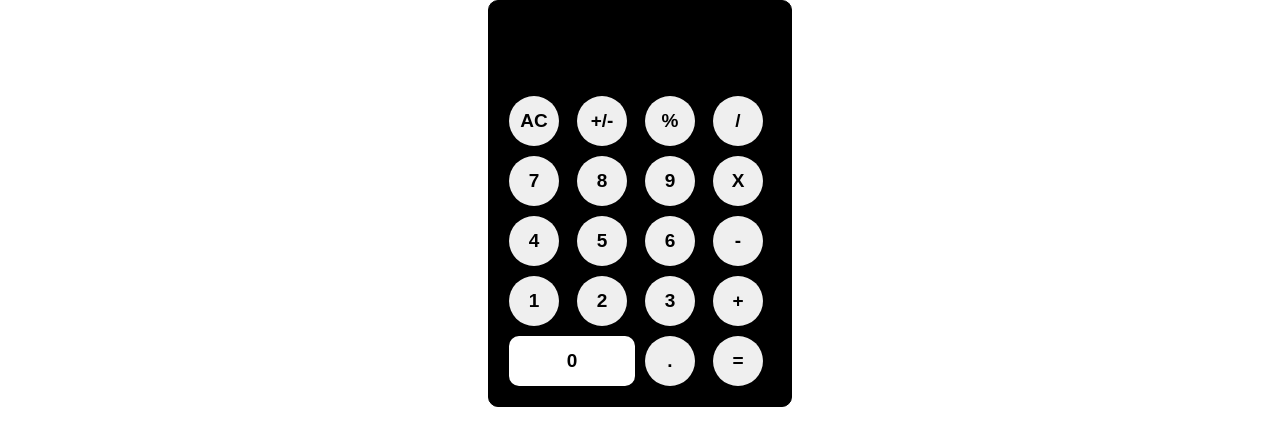
Repository: dmpelaez/calculator
Page: Calculator.html
The author's editor kept a copy of each file at every save. The page is drawn from the files as they stood at one save, then again after the next save.
The browser window is 1280 px wide. The pictures show the whole page.

Above is the page before, as saved 2025-12-15 21:52:11.

### Calculator.html
<!DOCTYPE html>

  <html>
    <head>

      <title>Calculator</title>

      <!--CSS-->
      <link rel="stylesheet" href="Calculator.css">

    </head>
    <body>
      <!--Container-->
      <main class="container">

        <!--Sections-->
        <section class="Section">

          <!--Input section-->
          <input class="inputSection" type="text" disabled>

          <!--Btns section-->
          <div class="btnSection">
            <button class="btn cancel">AC</button>
            <button class="btn signs">+/-</button>
            <button class="btn rmnder">%</button>
            <button class="btn divide" onclick="appendOperation(' / ')">/</button>
            <button class="btn seven" onclick="appendNumber('7')">7</button>
            <button class="btn eight" onclick="appendNumber('8')">8</button>
            <button class="btn nine" onclick="appendNumber('9')">9</button>
            <button class="btn times" onclick="appendOperation(' * ')">X</button>
            <button class="btn four" onclick="appendNumber('4')">4</button>
            <button class="btn five" onclick="appendNumber('5')">5</button>
            <button class="btn six" onclick="appendNumber('6')">6</button>
            <button class="btn minus"  onclick="appendOperation(' - ')">-</button>
            <button class="btn one" onclick="appendNumber('1')">1</button>
            <button class="btn two" onclick="appendNumber('2')">2</button>
            <button class="btn three" onclick="appendNumber('3')">3</button>
            <button class="btn plus"  onclick="appendOperation(' + ')">+</button>
            <button class="btn zero" onclick="appendNumber('0')">0</button>
            <button class="btn dot" onclick="appendNumber(' . ')" >.</button>
            <button class="btn equal" onclick="appendValue()">=</button>
          </div>
        </section>


      </main>

      <script src="Calculator.js"></script>
    </body>

  </html>

### Calculator.css
body {
  margin: 0;
  padding: 0;
  box-sizing: border-box;
  display: flex;
  align-items: center;
  justify-content: center;

}

.Section {
display: flex;
flex-direction: column;
border: 1px solid black;
border-radius: 10px;
gap: 20px;
background: black;
}
.inputSection {
  color: white;
  padding: 20px;
  padding-bottom: 0px;
  display: flex;
  justify-content: end;
  height: 50px;
  align-items: center;
  font-size: 19px;
  font-weight: bold;
  background: transparent;
  border: none;

}
.btnSection {
  display: grid;
  grid-template-columns: 1fr 1fr 1fr 1fr;
  padding: 20px;
  gap: 10px;
  padding-top: 5px;
}
.btn {
  border: none;
  height: 50px;
  width: 50px;
  border-radius: 50%;
  font-weight: bold;
  Font-size: 19px;
  cursor: pointer;
}
.equal {
  grid-column: 4
}
.dot {
  grid-column: 3
}
.zero {
  grid-row: 5;
  grid-column: 1 / 2 span;
  background: white;
  width: auto;
  border-radius: 10px;
}

### Calculator.js

let answer = 0;



function appendNumber(num) {
  answer += num;


   document.querySelector('.inputSection')
  .value += answer;

  return;
};

function appendOperation(sign) {
  document.querySelector('.inputSection')
  .value += sign;
}





document.querySelector('.cancel')
.addEventListener('click', () => {

  document.querySelector('.inputSection')
  .value = '';

})

After the next save:
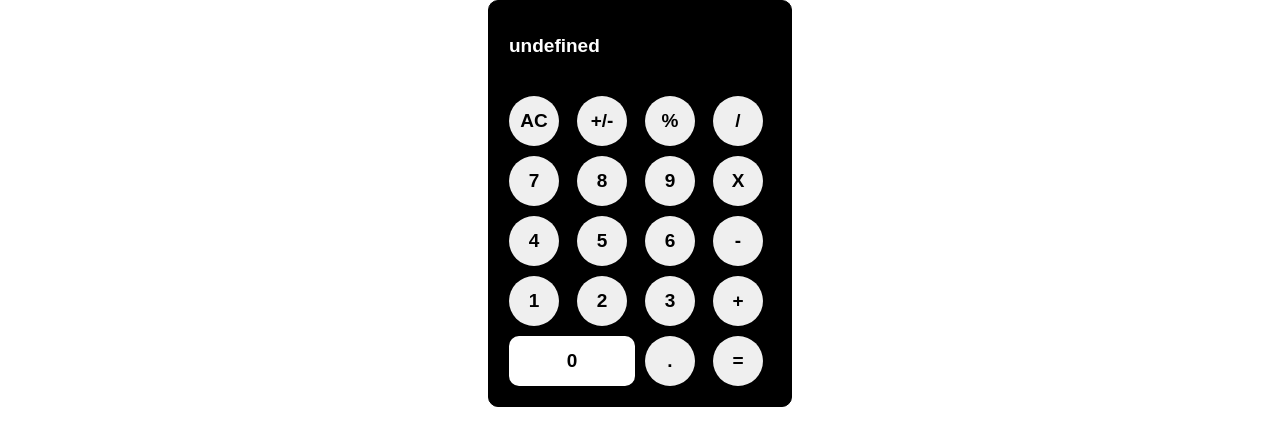
Saved 95 s later.
--- a/Calculator.js
+++ b/Calculator.js
@@ -18,6 +18,18 @@ function appendOperation(sign) {
   .value += sign;
 }
 
+function appendValue() {
+
+  const result = eval(document.querySelector('.inputSection')
+  .value);
+
+  document.querySelector('.inputSection')
+  .value = result;
+
+};
+
+appendValue();
+
 
 
 
